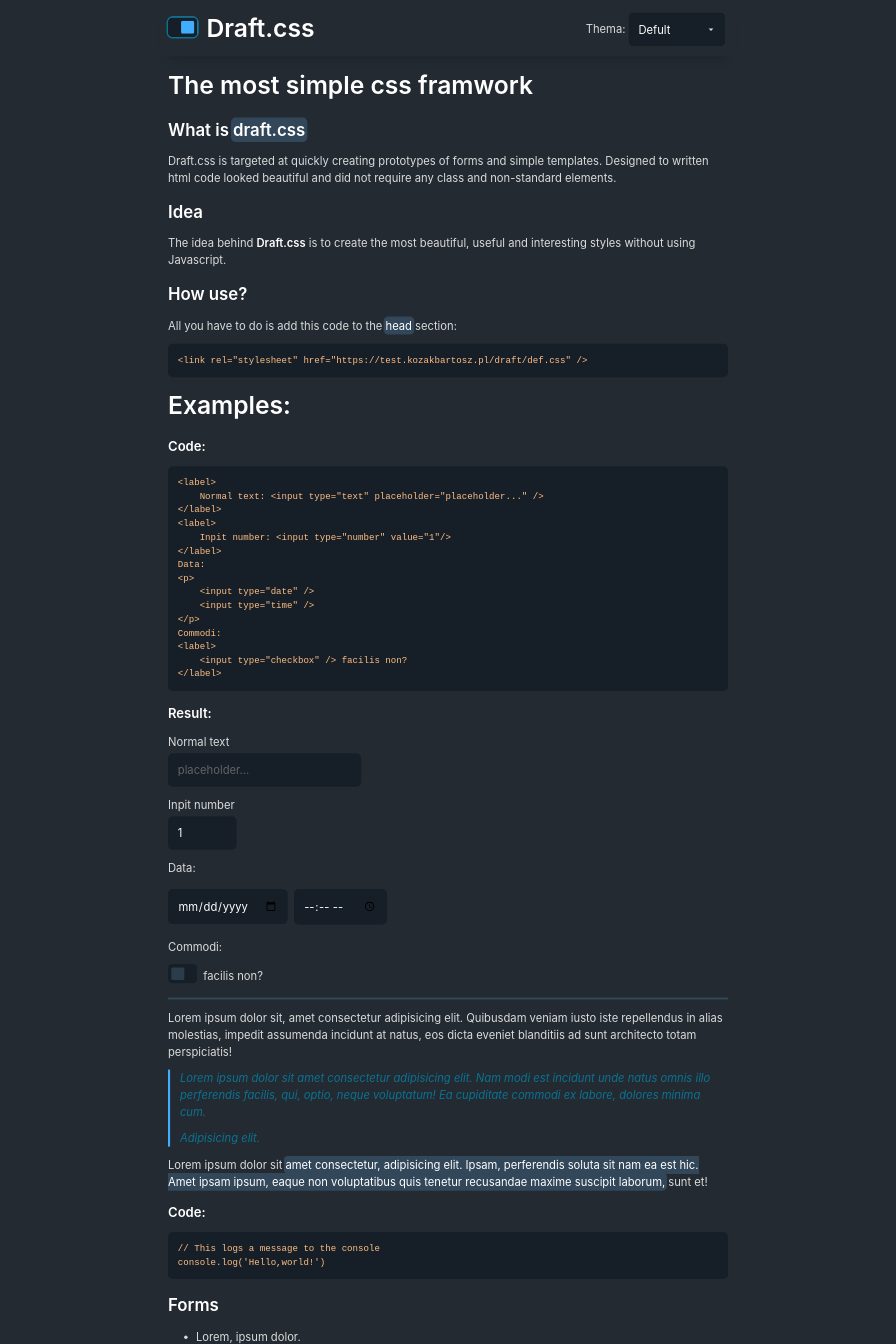
Repository: KozakBartosz/Draft
Page: index.html
These files come from the project's save history. The page is drawn as it stood at one moment and after the next save; the edit follows.
The browser window is 1280 px wide. The pictures show the part of the page from y = 0 to 1920 px (the page is 6247 px tall), at 70% of full size.

Above is the page before, as saved 2019-04-12 13:52:29.

After the next save:
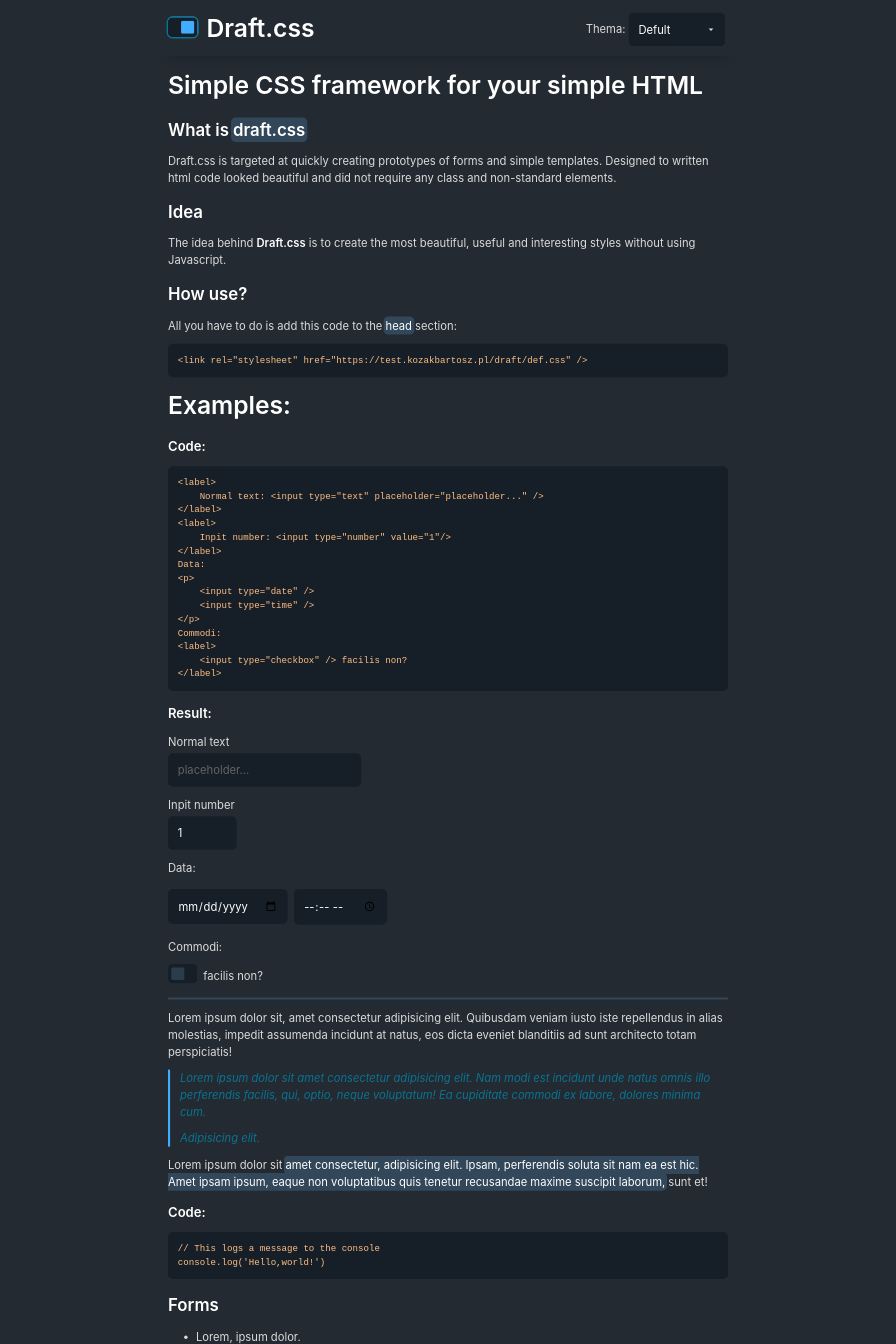
Saved 2 min 40 s later.
--- a/index.html
+++ b/index.html
@@ -23,7 +23,7 @@
 				<input type="checkbox" checked="checked" /> Draft.css
 			</h1>
 		</header>
-		<h1>The most simple css framwork</h1>
+		<h1>Simple CSS framework for your simple HTML</h1>
 		<h2>What is <mark>draft.css</mark></h2>
 		<p>
 			Draft.css is targeted at quickly creating prototypes of forms and
